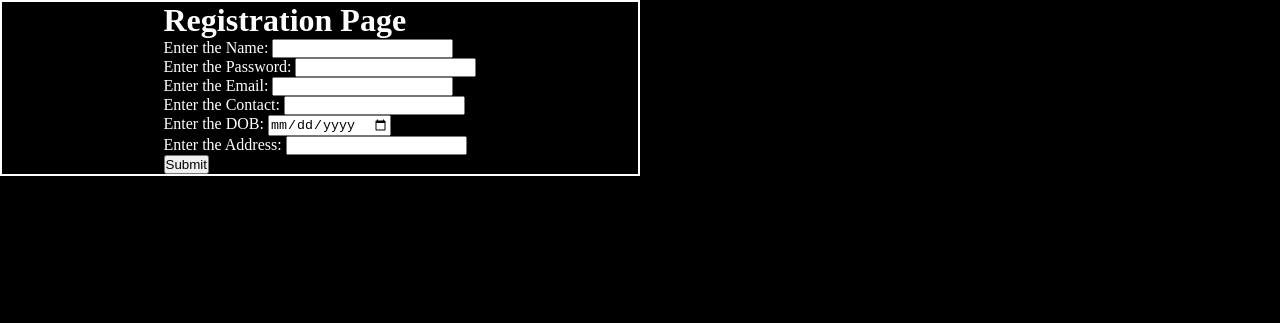
Repository: Pradeep4802/utopiatech
Page: eclipse-workspace/OwnServlet/src/main/webapp/Home.html
These files come from the project's save history. The page is drawn as it stood at one moment and after the next save; the edit follows.
The browser window is 1280 px wide. The pictures show the whole page.

Above is the page before, as saved 2023-10-09 10:09:34.

After the next save:
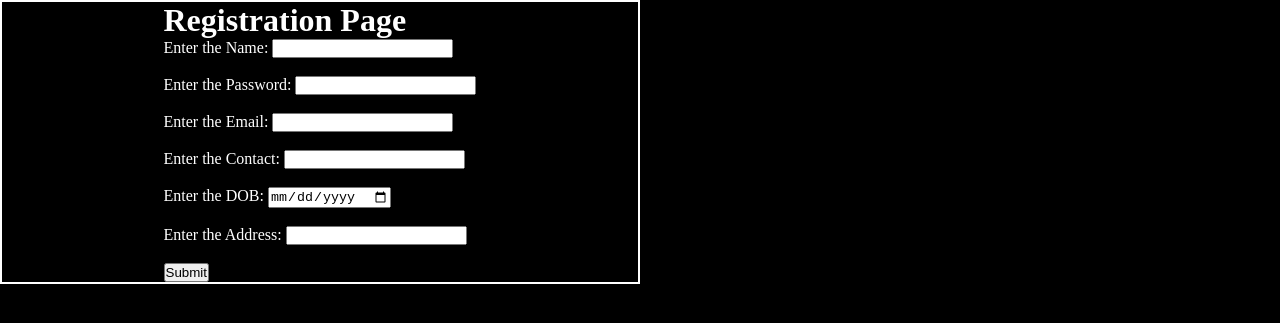
Saved 89 s later.
--- a/eclipse-workspace/OwnServlet/src/main/webapp/Home.html
+++ b/eclipse-workspace/OwnServlet/src/main/webapp/Home.html
@@ -36,15 +36,15 @@ label {
 			<h1>Registration Page</h1>
 
 			<label for="user_name">Enter the Name: <input type="text"
-				name="user_name" /></label><br> <label for="user_pass">Enter
+				name="user_name" /></label><br><br> <label for="user_pass">Enter
 				the Password: <input type="password" name="user_pass" />
-			</label><br> <label for="user_email">Enter the Email: <input
-				type="email" name="user_email" /></label><br> <label
+			</label><br><br> <label for="user_email">Enter the Email: <input
+				type="email" name="user_email" /></label><br><br> <label
 				for="user_contact">Enter the Contact: <input type="number"
-				name="user_contact" /></label><br> <label for="user_dob">Enter
+				name="user_contact" /></label><br><br> <label for="user_dob">Enter
 				the DOB: <input type="date" name="user_dob" />
-			</label><br> <label for="user_address">Enter the Address: <input
-				type="text" name="user_address" /></label> <br> <input type="submit"
+			</label><br><br> <label for="user_address">Enter the Address: <input
+				type="text" name="user_address" /></label> <br><br> <input type="submit"
 				value="Submit" />
 
 		</form>
